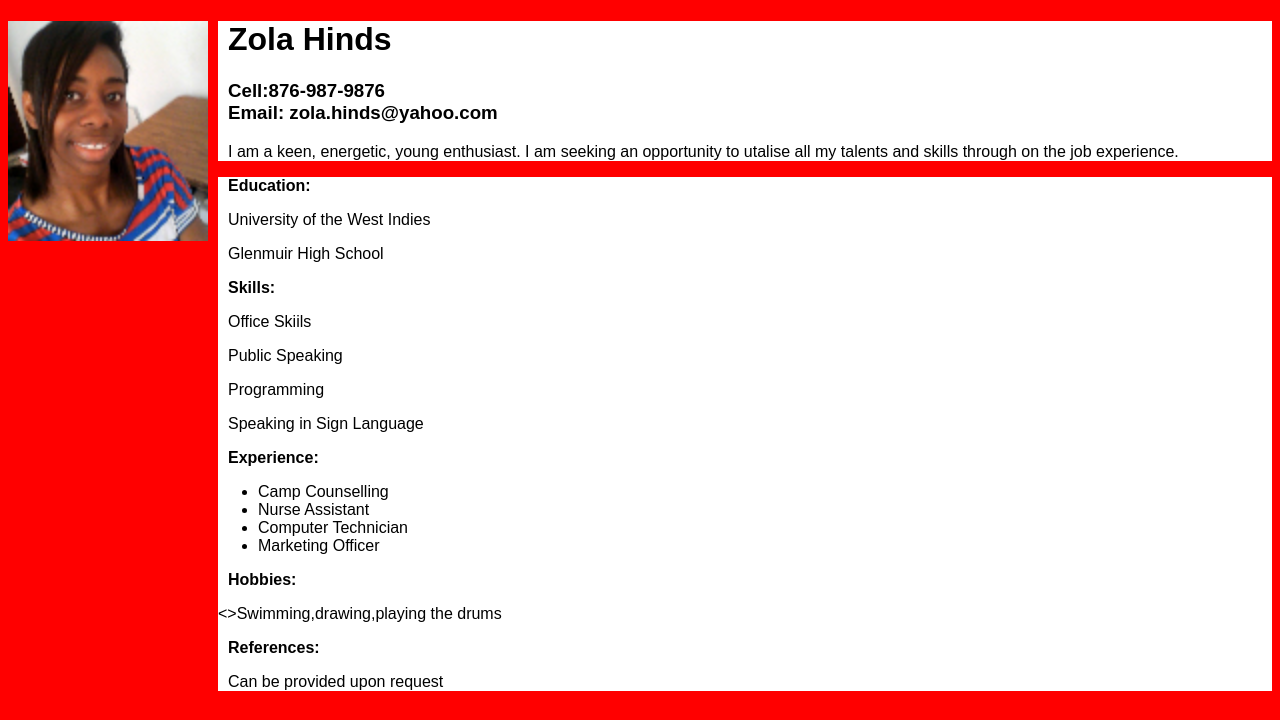
Repository: ZH94/Resume_6200Zola
Page: index.html
The author's editor kept a record of every edit. The page is drawn from the files as they stood at one moment, then again after the next edit.
The browser window is 1280 px wide. The pictures show the whole page.

Above is the page before.

After the next edit:
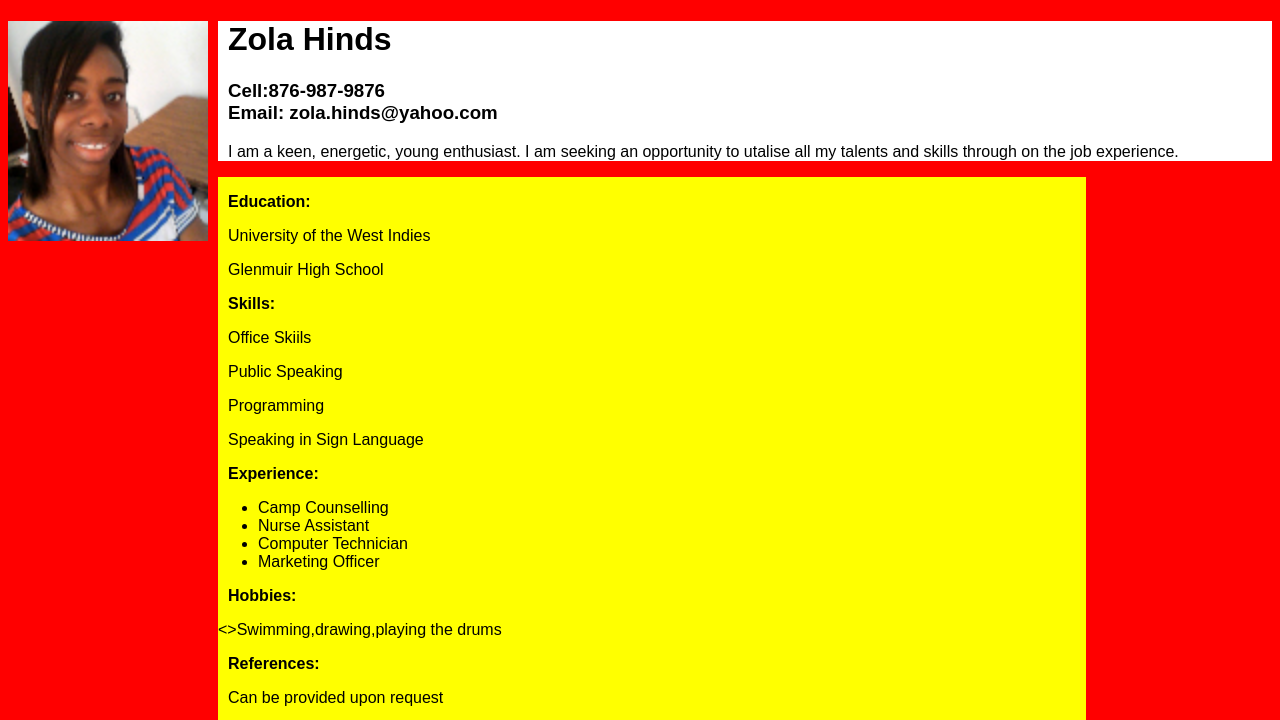
The edit:
--- a/index.html
+++ b/index.html
@@ -16,7 +16,7 @@
         Email: zola.hinds@yahoo.com</h3>
         <p>I am a keen, energetic, young enthusiast. I am seeking an opportunity to utalise all my talents and skills through on the job experience.</p>
     </div>
-   <div>
+   <div id="main">
         <p><strong>Education:</strong></p>
 
         <p>University of the West Indies</p>
